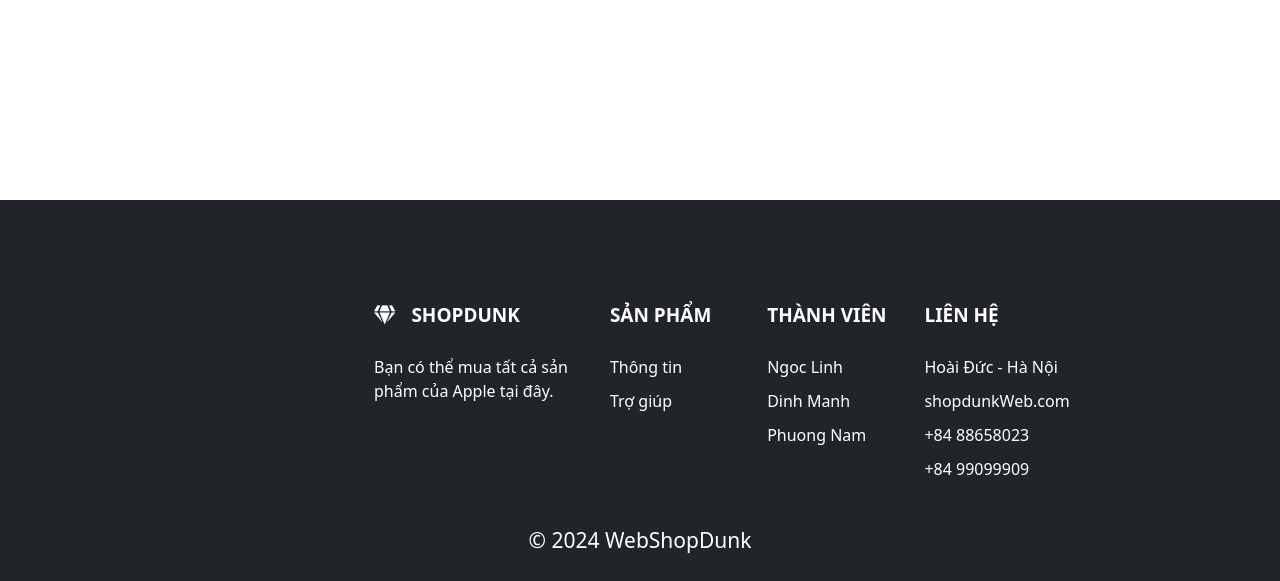
Repository: 20092004nam2k4/FE-ShopDunk
Page: /
The author's editor kept a copy of each file at every save. The page is drawn from the files as they stood at one save, then again after the next save.
The browser window is 1280 px wide. The pictures show the part of the page from y = 1275 to 1856 px (the page is 1856 px tall before and 1746 px after).
The page's requests for data from a server got no answer. The project was rebuilt for these pictures with package versions that can differ from the ones it lists, and the page was loaded fresh each time. No one was signed in, and anything a server would have sent is missing. Also part of the build but not shown: src/component/common/SlideImage.css, src/component/cart/CartPage.js, src/component/product/ProductDetail.css, src/component/product/ProductDetail.js, src/component/user/LoginUser.js, src/component/user/UserProfile.js, src/component/user/RegistrationForm.css, src/component/user/UserRegister.js and 1 more. Imported but missing from the stored project, and not drawn on this page: src/component/product/Notification.

Above is the page before, as saved 2024-06-17 11:17:46.

### src/component/product/ProductList.js
import React, { useState, useEffect } from "react";
import axios from "axios";
import { Link } from "react-router-dom";
import "./ProductCart.css";

const ProductList = () => {
  const [products, setProducts] = useState([]);


  useEffect(() => {
    fetchProducts()
    // Kiểm tra thông báo đăng nhập từ Session Storage
    const message = sessionStorage.getItem("loginSuccessMessage");
    if (message) {
      window.alert(message); // Hiển thị thông báo bằng alert
      sessionStorage.removeItem("loginSuccessMessage"); // Xóa thông báo sau khi hiển thị
    }
  }, []);
  useEffect(() => {
    fetchProducts();
  }, []);

  const fetchProducts = () => {
    axios
      .get("http://localhost:8090/api/products/findListProductByCategory")
      .then((response) => {
        const updatedProducts = response.data.map((category) => {
          const updatedCategoryProducts = category.products.map((product) => {
            const price = parseFloat(product.price);
            const discountedPrice = price - (price * product.discount) / 100;
            return {
              ...product,
              discountedPrice: discountedPrice.toFixed(0),
            };
          });
          return {
            ...category,
            products: updatedCategoryProducts,
          };
        });
        setProducts(updatedProducts);
      })
      .catch((error) => {
        console.error("Error", error);
      });
  };

  return (
    <>
      <div className="totalDiv">
        {products.map((item) => (
          <div className="grey-text count-tr" key={item.id}>
            <h1 className="tittleIphone">{item.category.name}</h1>
            <div className="product-list">
              {item.products.slice(0, 4).map((product) => (
                <Link
                  to={`/product/${product.id}`}
                  key={product.id}
                  className="product-card-link"
                >
                  <div className="product-card">
                    <img
                      src={`http://localhost:8090/image/${product.image}`}
                      alt={product.name}
                    />
                    <p className="product-name">{product.name}</p>
                    <div className="product-price-wrapper">
                      <p className="product-discounted-price">
                        {parseInt(product.discountedPrice).toLocaleString()}₫
                      </p>
                      <div className="product-original-price-wrapper">
                        <p className="product-price">
                          {parseInt(product.price).toLocaleString()}₫
                        </p>
                        <p className="discount-tag">-{product.discount}%</p>
                      </div>
                    </div>
                  </div>
                </Link>
              ))}
            </div>
            {item.products.length > 4 && (
              <div className="a-category">
                <Link
                  to={`/category/${item.category.id}`} // Update this to Link instead of <a>
                  className="btn btn-outline-primary custom-blue"
                >
                  <span className="button-text">
                    Xem tất cả {item.category.name}&nbsp;&gt;
                  </span>
                </Link>
              </div>
            )}
          </div>
        ))}
        <div className="info-banner">
          <p>
            <a href="http://doanhnghiep.shopdunk.com">
              <img
                className="img-info"
                src="https://shopdunk.com/images/uploaded/Trang chủ/2.jpeg"
                alt="Info Banner"
              />
            </a>
          </p>
        </div>
      </div>
      <footer className="text-center text-lg-start bg-dark text-white footerMain">
        <section className="bg-dark" style={{ height: "243px" }}>
          <div className="container text-center text-md-start mt-5 textFooter">
            <div className="row mt-3">
              <div
                className="col-md-3 col-lg-4 col-xl-3 text-left mb-4"
                style={{ marginLeft: "104px" }}
              >
                <h6
                  className="text-uppercase fw-bold mb-4"
                  style={{ fontSize: "19px" }}
                >
                  <i className="fas fa-gem me-3" />
                  Shopdunk
                </h6>
                <p style={{ fontSize: "16px" }}>
                  Bạn có thể mua tất cả sản phẩm của Apple tại đây.
                </p>
              </div>
              <div className="col-md-2 col-lg-2 col-xl-2 text-left mb-4">
                <h6
                  className="text-uppercase fw-bold mb-4"
                  style={{ fontSize: "19px" }}
                >
                  Sản phẩm
                </h6>
                <p style={{ fontSize: "16px" }}>Thông tin</p>
                <p style={{ fontSize: "16px" }}>Trợ giúp</p>
              </div>
              <div className="col-md-3 col-lg-2 col-xl-2 text-left mb-4">
                <h6
                  className="text-uppercase fw-bold mb-4"
                  style={{ fontSize: "19px" }}
                >
                  Thành viên
                </h6>
                <p style={{ fontSize: "16px" }}>Ngoc Linh</p>
                <p style={{ fontSize: "16px" }}>Dinh Manh</p>
                <p style={{ fontSize: "16px" }}>Phuong Nam</p>
              </div>
              <div className="col-md-4 col-lg-3 col-xl-3 text-left mb-md-0 mb-4">
                <h6
                  className="text-uppercase fw-bold mb-4"
                  style={{ fontSize: "19px" }}
                >
                  Liên hệ
                </h6>
                <p style={{ fontSize: "16px" }}>Hoài Đức - Hà Nội</p>
                <p style={{ fontSize: "16px" }}>shopdunkWeb.com</p>
                <p style={{ fontSize: "16px" }}>+84 88658023</p>
                <p style={{ fontSize: "16px" }}>+84 99099909</p>
              </div>
            </div>
          </div>
        </section>
        <div
          className="text-center p-4 bg-dark"
          style={{
            backgroundColor: "#40474b",
            height: "70px",
            fontSize: "21px",
            textAlign: "center",
          }}
        >
          © 2024 WebShopDunk
        </div>
      </footer>
    </>
  );
};

export default ProductList;

### src/component/common/Navbar.css
.navbar {
  background-color: #515154;
  padding: 10px;
  position: relative; /* Thêm thuộc tính position relative */
}

.navbar-links {
  list-style: none;
  display: flex;
  justify-content: center;
  max-width: 1400px;
  margin: 0;
padding-left: 125px;
 position: relative; /* Thêm thuộc tính position relative */
  z-index: 1; /* Đảm bảo navbar hiển thị trên cùng */
}

.navbar-links li {
  padding-left: 18px;
}

.navbar-links a {
  color: white;
  text-decoration: none;
  padding: 10px 15px 25px;
  transition: background-color 0.3s;
  font-size: 15px;
}

.navbar-links a:hover {
  background-color: #6a6969;
}

.imageIcon {
  width: 150px;
}

.icon-bag,
.icon-people,
.icon-search {
  color: white;
  height: 30px;
}

.imageIconVN {
  height: 14px;
}

.dropdown-menu {
  position: absolute;
  top: 100%; /* Hiển thị menu dropdown bên dưới navbar */
  left: 0;
  background-color: #515154;
  min-width: 200px; /* Độ rộng tối thiểu của dropdown menu */
  z-index: 10; /* Đảm bảo menu dropdown hiển thị trên cùng */
  box-shadow: 0px 8px 16px rgba(0, 0, 0, 0.2); /* Đổ bóng cho dropdown menu */
  display: none; /* Ẩn dropdown menu mặc định */
}

.dropdown-menu.active {
  display: block; /* Hiển thị dropdown menu khi active */
}

.dropdown-menu a {
  color: white;
  text-decoration: none;
  padding: 15px;
  display: block;
  transition: background-color 0.3s;
}

.dropdown-menu a:hover {
  background-color: #7f7d7d;
}

### src/component/product/ProductCart.css
.product-list {
  display: flex;
  flex-wrap: wrap;
  justify-content: center;
}
.product-card img {
  max-width: 100%;
  height: auto;
}
.tittleIphone {
  text-align: center;
  margin-top: 38px;
  margin-bottom: 20px;
}
.a-category {
  text-align: center;
  margin-top: 20px;
}
.custom-blue {
  color: #0066cc !important;
  border-color: #0066cc !important;
}
.custom-blue:hover {
  color: #fff !important;
  background-color: #0066cc !important;
}
.button-text {
  font-size: 17px;
}
.product-card {
  width: 271px;
  height: 430px;
  display: flex;
  flex-direction: column;
  align-items: center;
  justify-content: space-between;
  border: 1px solid #ddd;
  padding: 10px;
  margin: 10px;
  box-shadow: 0 4px 8px rgba(0, 0, 0, 0.1); /* Thêm đổ bóng để đẹp hơn */
  border-radius: 5px;
  color: white;
}
.product-name {
  font-weight: bold;
}
.product-price-wrapper {
  display: flex;
  align-items: center;
  gap: 10px;
}
.product-discounted-price {
  font-weight: 700;
  font-size: 16px;
  line-height: 24px;
  color: #0066cc;
}
.product-original-price-wrapper {
  display: flex;
  align-items: center;
}
.product-price {
  color: #6c757d; /* Màu đen nhạt */
  text-decoration: line-through;
  font-size: 16px;
  margin-right: 5px; /* Khoảng cách giữa giá cũ và tag giảm giá */
}
.discount-tag {
  color: #6c757d; /* Màu đen nhạt */
  font-size: 16px;
}
.img-info {
  width: 1200px;
  height: 401px;
}
.info-banner {
  text-align: center;
  margin-top: 80px;
}
.bg-dark {
  background-color: #575757 !important;
}
.text-white {
  color: #fff !important;
}
.border-bottom {
  border-color: rgba(255, 255, 255, 0.1) !important;
}
.footer-links a {
  color: #fff !important;
}
.footer-links a:hover {
  color: #ddd !important;
}
.footerMain {
  margin-top: 90px;
}
.product-card-link {
  text-decoration: none;
  color: inherit; /* Optional: Inherit color to prevent default link color */
}
.textFooter{
  padding-top: 30px;
}

.carousel {
  margin-top: 20px;
  margin-bottom: 20px; /* Để tạo khoảng cách giữa carousel và danh sách sản phẩm */
  padding: 0 210px; /* Thu nhỏ carousel vào 100px mỗi bên */
}

.carousel-inner {
  width: 100%; /* Đảm bảo width của carousel vẫn 100% */
  margin: auto; /* Căn giữa carousel */
}
.carousel-control {
  padding: 0 230px; /* Đặt khoảng cách 20px giữa các nút chuyển ảnh */
}
.category-products-container {
  background-color: #f5f5f7; /* Màu nền của trang */
}
.tittle-headerCategory{
  background-color: white;
  margin-left: 210px;
  padding-top: 15px;
  color: #6c757d;
  padding-bottom: -10px;
}
.cart-quantity-input-container {
  display: flex;
  align-items: center;
  justify-content: center;
  gap: 5px; /* Adjust gap between elements */
}

.quantity-btn {
  background-color: #0066CC; /* Button background color */
  color: #fff; /* Button text color */
  border: none; /* Remove default border */
  border-radius: 4px; /* Rounded corners */
  width: 30px; /* Button width */
  height: 30px; /* Button height */
  display: flex; /* Center text horizontally */
  align-items: center; /* Center text vertically */
  justify-content: center; /* Center text horizontally */
  font-size: 18px; /* Increase font size */
  cursor: pointer; /* Change cursor on hover */
}

.quantity-btn:hover {
  background-color: #005bb5; /* Darken button color on hover */
}

.input-text {
  width: 40px; /* Adjust input width */
  text-align: center; /* Center text */
  border: 1px solid #ddd; /* Input border */
  border-radius: 4px; /* Rounded corners */
  padding: 5px; /* Input padding */
  font-size: 16px; /* Adjust font size */
}

### src/component/user/Login.css
body {
    font-family: sans-serif;
    /* display: flex; */
    justify-content: center;
    align-items: center;
    min-height: 100vh;
    background-color: #f5f5f5;
  }
  .userName-login{
    margin-top: 25px;
  }



  .left-side {
    width: 50%;
    display: flex;
    justify-content: center;
    align-items: center;
    margin-top: 90px;
  }

  .right-side {
    width: 50%;
    padding: 20px;
    margin-top: 90px;
  }

  .left-side img {
    width: 100%;
    max-width: 600px;
    height: 350px;
  }

  h2 {
    margin-bottom: 20px;
  }

  input[type="text"],
  input[type="password"] {
    width: 100%;
    padding: 10px;
    margin-bottom: 15px;
    border: 1px solid #ddd;
    border-radius: 10px;
    box-sizing: border-box;
  }

  input[type="checkbox"] {
    margin-right: 5px;
  }

  button {
    background-color: #007bff;
    color: #fff;
    padding: 10px 20px;
    border: none;
    border-radius: 3px;
    cursor: pointer;
    width: 100%;
  }

  .link {
    display: block;
    text-align: center;
    margin-top: 15px;
    color: #007bff;
    text-decoration: none;
  }

  .footerMain{
margin-top: 200px;
  }
  .textFooter{
    padding-left: 200px !important;
  }
  .textToRegister{
    margin-top: 15px;
  }

### src/component/user/UserProfile.css
    /* Reset CSS */
    * {
        box-sizing: border-box;
        margin: 0;
        padding: 0;
    }

    body {
        font-family: Arial, Helvetica, sans-serif;
        background-color: #f5f5f7; /* Updated background color */
    }

    .page-container {
        padding: 20px;
        background-color: #f5f5f7; /* Background color for the page */
    }

    .container {
        display: flex;
        justify-content: space-between;
        margin: 30px auto;
        width: 80%;
        /* gap: 30px;  */
    }

    .navigation {
        width: 25%;
        background-color: #fff;
        padding: 20px;
        border-radius: 10px;
        border: 1px solid #ddd; /* Border for left div */
        box-shadow: 0 0 10px rgba(0, 0, 0, 0.1); /* Optional: for a subtle shadow effect */
        margin-left: 50px;
    }

    .navigation ul {
        padding-left: 0; /* Reset padding */
        list-style: none; /* Remove bullet points */
    }

    .navigation li {
        padding: 10px 0;
        border-bottom: 1px solid #ddd;
    }

    .navigation li:last-child {
        border-bottom: none;
    }

    .navigation li a {
        color: #333;
        text-decoration: none;
        display: flex;
        align-items: center;
    }

    .navigation li a i {
        margin-right: 10px;
        font-size: 1.2em;
    }

    .form {
        width: calc(70% - 100px); /* Reduced width by 100px */
        background-color: #fff;
        padding: 20px;
        border-radius: 10px;
        border: 1px solid #ddd; /* Border for right div */
        box-shadow: 0 0 10px rgba(0, 0, 0, 0.1); /* Optional: for a subtle shadow effect */
        display: flex;
        flex-direction: column;
        height: calc(100% + 70px); /* Increased height by 70px */
        margin-right: 90px;
    }

    .form-row {
        display: flex;
        justify-content: space-between;
        align-items: center;
        margin-bottom: 15px;
    }

    .form-row label {
        flex: 1;
    }

    .form-row input,
    .form-row select {
        flex: 2;
        padding: 10px;
        border: 1px solid #ddd;
        border-radius: 5px;
    }

    .form-row .input-group {
        display: flex;
        flex-direction: column;
        margin-bottom: 15px;
    }

    .form-row .input-group input {
        margin-top: 10px;
    }

    .input-email {
        padding-left: 20px;
    }

    .input-gender {
        display: flex;
        align-items: center;
        padding-left: 20px;
    }

    .input-gender > div {
        display: flex;
        align-items: center;
        margin-right: 20px;
    }

    .input-gender label {
        margin-left: 5px;
        margin-right: 15px; /* Adjust spacing between the labels and inputs */
    }

    .form-row.birthday-row {
        display: flex;
        justify-content: space-between;
        align-items: center;
        margin-bottom: 15px;
    }

    .form-row.birthday-row label {
        flex: 1;
    }

    .form-row.birthday-row select {
        flex: 1;
        padding: 10px;
        border: 1px solid #ddd;
        border-radius: 5px;
    }

    .form button {
        background-color: #0066cc;
        color: white;
        padding: 10px 20px;
        border: none;
        border-radius: 5px;
        cursor: pointer;
        width: 124px;
        height: 43px;
        margin: 0 auto; /* Add this line to center the button */
        margin-top: 10px;
    }

    .newsletter {
        text-align: center;
        margin-top: 50px;
    }

    .footerMain {
        text-align: center;
        background-color: #333;
        color: #fff;
        padding: 10px 0;
    }

    .newsletter .input-group {
        width: auto;
        display: inline-flex;
        border-radius: 20px;
        margin-top: 20px;
    }

    .newsletter .input-group .form-control {
        width: 500px;
        height: 50px;
        border-radius: 20px;
    }

    .newsletter .input-group .btn {
        width: 100px;
        background-color: #0066cc;
        color: white;
        border: none;
        border-radius: 20px;
        height: 50px;

    }

    .text-email {
        margin-top: 21px;
    }
    .radio-male{
        margin-left: -48px;

    }
    .text-user{
        margin-right: 580px;
        padding-top: 17px;
    }
    .text-male{
        padding-top: 9px;
    margin-right: 234px;
    }
    .text-female{
        padding-top: 8px;
    }
    .email-info{
        padding-top: 10px;
    }
    .email-text{
        margin-bottom: 24px;
    }

Loaded but not shown: public/index.html (common file); src/index.js (common file); src/component/common/Navbar.js (148 lines, source omitted); src/component/common/SlideImage.js (80 lines, source omitted); src/App.js (47 lines, source omitted); src/context/AuthContext.js (34 lines, source omitted); src/component/cart/CartPage.css (406 lines, source omitted)

After the next save:
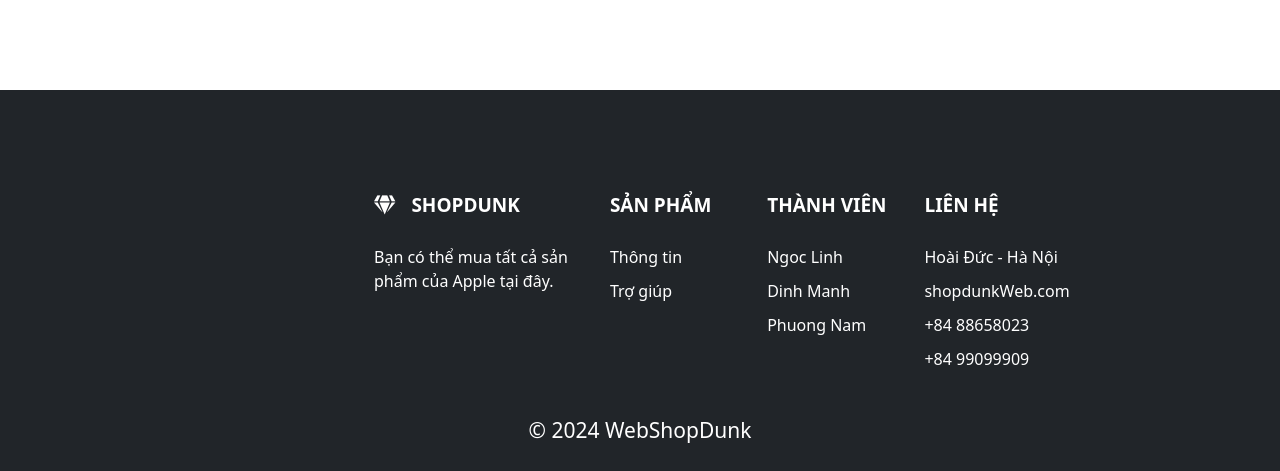
Saved 67 s later.
--- a/src/component/product/ProductList.js
+++ b/src/component/product/ProductList.js
@@ -1,23 +1,21 @@
 import React, { useState, useEffect } from "react";
 import axios from "axios";
 import { Link } from "react-router-dom";
-import "./ProductCart.css";
+import Notification from './Notification'; // Import Notification component
 
 const ProductList = () => {
   const [products, setProducts] = useState([]);
-
+  const [successMessage, setSuccessMessage] = useState("");
 
   useEffect(() => {
-    fetchProducts()
+    fetchProducts();
+
     // Kiểm tra thông báo đăng nhập từ Session Storage
     const message = sessionStorage.getItem("loginSuccessMessage");
     if (message) {
-      window.alert(message); // Hiển thị thông báo bằng alert
+      setSuccessMessage(message);
       sessionStorage.removeItem("loginSuccessMessage"); // Xóa thông báo sau khi hiển thị
     }
-  }, []);
-  useEffect(() => {
-    fetchProducts();
   }, []);
 
   const fetchProducts = () => {
@@ -47,6 +45,7 @@
 
   return (
     <>
+      {successMessage && <Notification message={successMessage} />}
       <div className="totalDiv">
         {products.map((item) => (
           <div className="grey-text count-tr" key={item.id}>

After the save that followed:
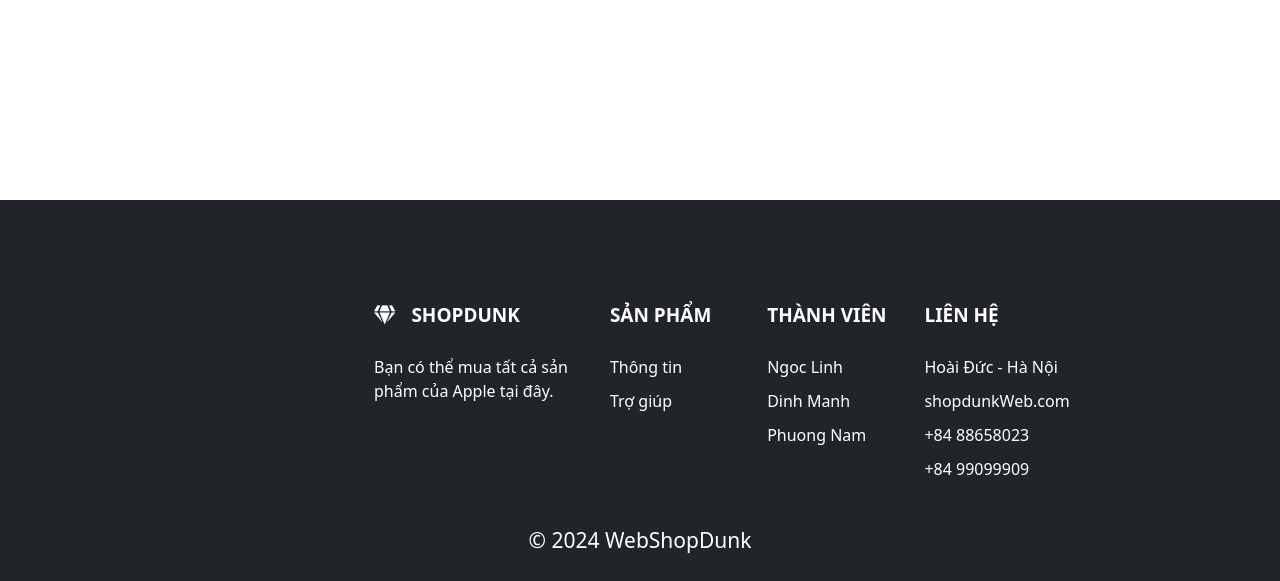
Saved 17 s later.
--- a/src/component/product/ProductList.js
+++ b/src/component/product/ProductList.js
@@ -1,21 +1,23 @@
 import React, { useState, useEffect } from "react";
 import axios from "axios";
 import { Link } from "react-router-dom";
-import Notification from './Notification'; // Import Notification component
+import "./ProductCart.css";
 
 const ProductList = () => {
   const [products, setProducts] = useState([]);
-  const [successMessage, setSuccessMessage] = useState("");
+
 
   useEffect(() => {
-    fetchProducts();
-
+    fetchProducts()
     // Kiểm tra thông báo đăng nhập từ Session Storage
     const message = sessionStorage.getItem("loginSuccessMessage");
     if (message) {
-      setSuccessMessage(message);
+      window.alert(message); // Hiển thị thông báo bằng alert
       sessionStorage.removeItem("loginSuccessMessage"); // Xóa thông báo sau khi hiển thị
     }
+  }, []);
+  useEffect(() => {
+    fetchProducts();
   }, []);
 
   const fetchProducts = () => {
@@ -45,7 +47,6 @@
 
   return (
     <>
-      {successMessage && <Notification message={successMessage} />}
       <div className="totalDiv">
         {products.map((item) => (
           <div className="grey-text count-tr" key={item.id}>
